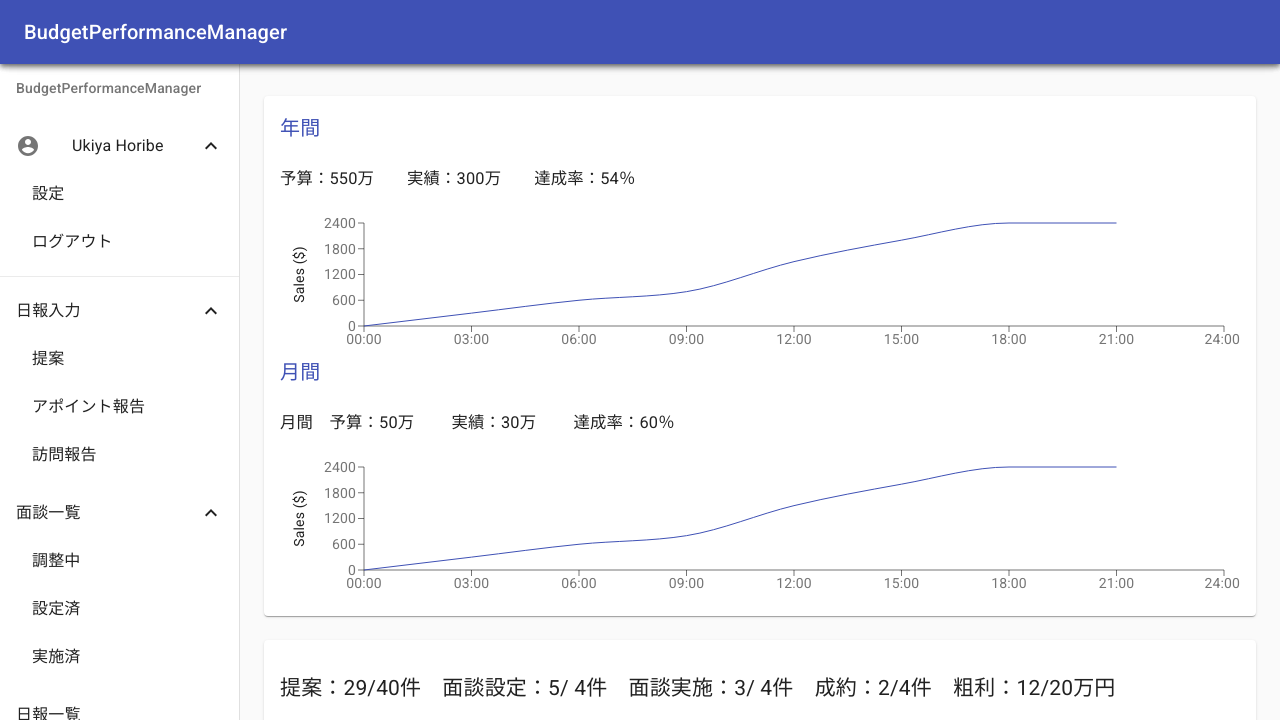
Repository: ukiyah/test
Page: / (app in src/)
An editor plug-in stored every save of this project. The page is shown before and after the next save, followed by the edit.
The browser window is 1280 px wide. The pictures show the whole page.
An inner scrolling area shows only its first screen. The project was rebuilt for these pictures with package versions that can differ from the ones it lists, and the page was loaded fresh each time. Also part of the build but not shown: src/proposal/list_proposal.js.

Above is the page before, as saved 2020-02-25 16:23:43.

### src/index.css
body {
  margin: 0;
  font-family: -apple-system, BlinkMacSystemFont, 'Segoe UI', 'Roboto', 'Oxygen',
    'Ubuntu', 'Cantarell', 'Fira Sans', 'Droid Sans', 'Helvetica Neue',
    sans-serif;
  -webkit-font-smoothing: antialiased;
  -moz-osx-font-smoothing: grayscale;
}

code {
  font-family: source-code-pro, Menlo, Monaco, Consolas, 'Courier New',
    monospace;
}

.button {
  color: #000;
}

h1 {
  text-align: center;
  color:#29B6F6;
  font-weight: normal;
}

### src/App.js
import React from 'react';
import 'typeface-roboto';
import {
  BrowserRouter,
  Route
} from "react-router-dom";
import list_proposal from "./proposal/list_proposal";
import Dashboard from "./Dashboard";


class App extends React.Component{

  render() {
    return (
      <div>

        <BrowserRouter>
          <div>
            <Route exact path="/" component={Dashboard} />
            <Route path="/list_proposal" component={list_proposal} />
          </div>
        </BrowserRouter>
        {/* <ClippedDrawer /> */}
      </div>
    );
  }

}

export default App;

### src/Dashboard.js
import React from 'react';
import clsx from 'clsx';
import { makeStyles } from '@material-ui/core/styles';
import CssBaseline from '@material-ui/core/CssBaseline';
import Box from '@material-ui/core/Box';

import Typography from '@material-ui/core/Typography';

import Container from '@material-ui/core/Container';
import Grid from '@material-ui/core/Grid';
import Paper from '@material-ui/core/Paper';
import Link from '@material-ui/core/Link';
import Chart from './Chart';
import Deposits from './Deposits';
import Orders from './Orders';
import InfoIcon from '@material-ui/icons/Info';
import WarningIcon from '@material-ui/icons/Warning';
import HelpIcon from '@material-ui/icons/Help';
import { yellow } from '@material-ui/core/colors';
import Drawer from "./Drawer";
import Table from "./proposal/Table";

function Copyright() {
  return (
    <Typography variant="body2" color="textSecondary" align="center">
      {'Copyright © '}
      <Link color="inherit" href="https://material-ui.com/">
        Your Website
      </Link>{' '}
      {new Date().getFullYear()}
      {'.'}
    </Typography>
  );
}

const drawerWidth = 240;

const useStyles = makeStyles(theme => ({
  root: {
    display: 'flex',
  },
  toolbar: {
    paddingRight: 24, // keep right padding when drawer closed
  },
  toolbarIcon: {
    display: 'flex',
    alignItems: 'center',
    justifyContent: 'flex-end',
    padding: '0 8px',
    ...theme.mixins.toolbar,
  },
  appBar: {
    zIndex: theme.zIndex.drawer + 1,
    transition: theme.transitions.create(['width', 'margin'], {
      easing: theme.transitions.easing.sharp,
      duration: theme.transitions.duration.leavingScreen,
    }),
  },
  appBarShift: {
    marginLeft: drawerWidth,
    width: `calc(100% - ${drawerWidth}px)`,
    transition: theme.transitions.create(['width', 'margin'], {
      easing: theme.transitions.easing.sharp,
      duration: theme.transitions.duration.enteringScreen,
    }),
  },
  menuButton: {
    marginRight: 36,
  },
  menuButtonHidden: {
    display: 'none',
  },
  title: {
    flexGrow: 1,
  },
  drawerPaper: {
    position: 'relative',
    whiteSpace: 'nowrap',
    width: drawerWidth,
    transition: theme.transitions.create('width', {
      easing: theme.transitions.easing.sharp,
      duration: theme.transitions.duration.enteringScreen,
    }),
  },
  drawerPaperClose: {
    overflowX: 'hidden',
    transition: theme.transitions.create('width', {
      easing: theme.transitions.easing.sharp,
      duration: theme.transitions.duration.leavingScreen,
    }),
    width: theme.spacing(7),
    [theme.breakpoints.up('sm')]: {
      width: theme.spacing(9),
    },
  },
  appBarSpacer: theme.mixins.toolbar,
  content: {
    flexGrow: 1,
    height: '100vh',
    overflow: 'auto',
  },
  container: {
    paddingTop: theme.spacing(4),
    paddingBottom: theme.spacing(4),
  },
  paper: {
    padding: theme.spacing(2),
    display: 'flex',
    overflow: 'auto',
    flexDirection: 'column',
  },
  fixedHeight: {
    height: 520,
  },
}));

export default function Dashboard() {
  const classes = useStyles();
  const [open, setOpen] = React.useState(true);
  const handleDrawerOpen = () => {
    setOpen(true);
  };
  const handleDrawerClose = () => {
    setOpen(false);
  };
  const fixedHeightPaper = clsx(classes.paper, classes.fixedHeight);

  return (
    <div className={classes.root}>
      <CssBaseline />
      <Drawer />
      <main className={classes.content}>
        <div className={classes.appBarSpacer} />
        <Container maxWidth="lg" className={classes.container}>
          <Grid container spacing={3}>

            <Grid item xs={12} >
              <Paper className={fixedHeightPaper}>

                <Chart />
              </Paper>
            </Grid>
            <Grid item xs={12} >
              <Paper className={classes.paper}>
                <h2 style={{fontWeight:"normal"}}>提案：29/40件　面談設定：5/ 4件　面談実施：3/ 4件　成約：2/4件　粗利：12/20万円</h2>
              </Paper>
            </Grid>
            <Grid item xs={3} >
              <Paper className={classes.paper}>
                <h3 style={{fontWeight:"normal"}}><InfoIcon color="secondary" fontSize="large"/>本日の日報を提出できます</h3>
              </Paper>
            </Grid>
            <Grid item xs={3} >
              <Paper className={classes.paper}>
                <h3 style={{color:"red"}}><WarningIcon style={{ color: yellow[600] }} fontSize="large"/>2月4日の日報が未提出です</h3>
              </Paper>
            </Grid>
            <Grid item xs={3} >
              <Paper className={classes.paper}>
                <h3 style={{fontWeight:"normal"}}><HelpIcon color="primary" fontSize="large" />実施後の結果が未入力です</h3><p style={{color:"#757575"}}>株式会社テクノ×パート…</p>
              </Paper>
            </Grid>
            <Grid item xs={3} >
              <Paper className={classes.paper}>
                <h3 style={{fontWeight:"normal"}}><InfoIcon color="secondary" fontSize="large"/>本日の面談</h3><p>17:30～　新宿</p>
              </Paper>
            </Grid>
            <Grid item xs={12} md={8} lg={9}>
              <Paper className={classes.paper}>
                <Orders />
              </Paper>
            </Grid>
            <Grid item xs={12} md={4} lg={3}>
              <Paper className={classes.paper}>
                <Deposits />
              </Paper>
            </Grid>
          </Grid>
          <Box pt={4}>
            <Copyright />
          </Box>
        </Container>
        <Table />
      </main>
    </div>
  );
}

### src/Drawer.js
import React from 'react';
import { makeStyles } from '@material-ui/core/styles';
import Drawer from '@material-ui/core/Drawer';
import AppBar from '@material-ui/core/AppBar';
import CssBaseline from '@material-ui/core/CssBaseline';
import Toolbar from '@material-ui/core/Toolbar';
import Typography from '@material-ui/core/Typography';
import SimpleTable from "./proposal/Table";
import NestedList from "./NestedList";
const drawerWidth = 240;

const useStyles = makeStyles(theme => ({
  root: {
    display: 'flex',
  },
  appBar: {
    zIndex: theme.zIndex.drawer + 1,
  },
  drawer: {
    width: drawerWidth,
    flexShrink: 0,
  },
  drawerPaper: {
    width: drawerWidth,
  },
  content: {
    flexGrow: 1,
    padding: theme.spacing(3),
  },
  toolbar: theme.mixins.toolbar,
}));

export default function ClippedDrawer() {
  const classes = useStyles();

  return (
    <div className={classes.root}>
      <CssBaseline />
      <AppBar position="fixed" className={classes.appBar}>
        <Toolbar>
          <Typography variant="h6" noWrap>
            BudgetPerformanceManager
          </Typography>
        </Toolbar>
      </AppBar>
      <Drawer
        className={classes.drawer}
        variant="permanent"
        classes={{
          paper: classes.drawerPaper,
        }}
      >
        <div className={classes.toolbar} />
        <NestedList />
      </Drawer>

    </div>
  );
}

### src/proposal/Table.js
import React from 'react';
import { makeStyles } from '@material-ui/core/styles';
import Table from '@material-ui/core/Table';
import TableBody from '@material-ui/core/TableBody';
import TableCell from '@material-ui/core/TableCell';
import TableContainer from '@material-ui/core/TableContainer';
import TableHead from '@material-ui/core/TableHead';
import TableRow from '@material-ui/core/TableRow';
import Paper from '@material-ui/core/Paper';
import ContainedButtons from "../Button";
import Button from '@material-ui/core/Button';
import Drawer from "../Drawer";

const useStyles = makeStyles({
  table: {
    minWidth: 650,
  },
});

function createData(name, calories, fat) {
  return { name, calories, fat};
}

const rows = [
  createData('2020/02/15', 'ABC産業', 'CCDテクノロジー'),
  createData('2020/02/15', 'ABC産業', 'CCDテクノロジー'),
  createData('2020/02/15', 'ABC産業', 'CCDテクノロジー'),
  createData('2020/02/15', 'ABC産業', 'CCDテクノロジー'),
  createData('2020/02/15', 'ABC産業', 'CCDテクノロジー'),
];

export default function SimpleTable() {
  const classes = useStyles();

  return (
    <div>
      <Drawer />
      <TableContainer component={Paper}>
        <Table className={classes.table} aria-label="simple table">
          <TableHead>
            <TableRow>
              <TableCell>日付</TableCell>
              <TableCell align="center">上位企業</TableCell>
              <TableCell align="center">下位企業</TableCell>
              <TableCell align="center">結果</TableCell>
            </TableRow>
          </TableHead>
          <TableBody>
            {rows.map(row => (
              <TableRow key={row.name}>
                <TableCell component="th" scope="row">
                  {row.name}
                </TableCell>
                <TableCell align="center">{row.calories}</TableCell>
                <TableCell align="center">{row.fat}</TableCell>

                <TableCell align="center">
                  <ContainedButtons name="成功"></ContainedButtons>
                  {/* <Button className="button" variant="contained" color="primary" variant="contained" color="primary" disableElevation>成功</Button> */}
                  <Button variant="contained" style={{marginLeft: 10}}>失敗</Button>
                </TableCell>
              </TableRow>
            ))}
          </TableBody>
        </Table>
      </TableContainer>
    </div>

  );
}

### src/Chart.js
import React from 'react';
import { useTheme } from '@material-ui/core/styles';
import { LineChart, Line, XAxis, YAxis, Label, ResponsiveContainer } from 'recharts';
import Title from './Title';

// Generate Sales Data
function createData(time, amount) {
  return { time, amount };
}

const data = [
  createData('00:00', 0),
  createData('03:00', 300),
  createData('06:00', 600),
  createData('09:00', 800),
  createData('12:00', 1500),
  createData('15:00', 2000),
  createData('18:00', 2400),
  createData('21:00', 2400),
  createData('24:00', undefined),
];

export default function Chart() {
  const theme = useTheme();

  return (
    <React.Fragment>
      <Title>年間</Title>
      <h3 style={{fontWeight:"normal"}}>予算：550万　　実績：300万　　達成率：54％</h3>
      <ResponsiveContainer>
        <LineChart
          data={data}
          margin={{
            top: 16,
            right: 16,
            bottom: 0,
            left: 24,
          }}
        >
          <XAxis dataKey="time" stroke={theme.palette.text.secondary} />
          <YAxis stroke={theme.palette.text.secondary}>
            <Label
              angle={270}
              position="left"
              style={{ textAnchor: 'middle', fill: theme.palette.text.primary }}
            >
              Sales ($)
            </Label>
          </YAxis>
          <Line type="monotone" dataKey="amount" stroke={theme.palette.primary.main} dot={false} />
        </LineChart>
      </ResponsiveContainer>
      <Title>月間</Title>
      <h3 style={{fontWeight:"normal"}}>月間　予算：50万　　  実績：30万　　  達成率：60％</h3>
      <ResponsiveContainer>
        <LineChart
          data={data}
          margin={{
            top: 16,
            right: 16,
            bottom: 0,
            left: 24,
          }}
        >
          <XAxis dataKey="time" stroke={theme.palette.text.secondary} />
          <YAxis stroke={theme.palette.text.secondary}>
            <Label
              angle={270}
              position="left"
              style={{ textAnchor: 'middle', fill: theme.palette.text.primary }}
            >
              Sales ($)
            </Label>
          </YAxis>
          <Line type="monotone" dataKey="amount" stroke={theme.palette.primary.main} dot={false} />
        </LineChart>
      </ResponsiveContainer>
    </React.Fragment>
  );
}

### src/Deposits.js
import React from 'react';
import Link from '@material-ui/core/Link';
import { makeStyles } from '@material-ui/core/styles';
import Typography from '@material-ui/core/Typography';
import Title from './Title';
import { Divider } from '@material-ui/core';

function preventDefault(event) {
  event.preventDefault();
}

const useStyles = makeStyles({
  depositContext: {
    flex: 1,
  },
});

export default function Deposits() {
  const classes = useStyles();
  return (
    <React.Fragment>
      <Title>お知らせ</Title>
      <Divider style={{marginBottom:10}}/>
      <Typography component="p" variant="p">
        ・パスワード有効期限のおしらせ
      </Typography>
      <Typography color="textSecondary" className={classes.depositContext}>
      パスワードの有効期限が残り27日で終了します<br></br>パスワードの変更を行ってください。
      </Typography>
      <div>
        <Link color="primary" href="#" onClick={preventDefault}>
          変更はこちら
        </Link>
      </div>
      <Divider style={{margin:10}}/>
      <Typography component="p" variant="p">
        ・パスワード有効期限のおしらせ
      </Typography>
      <Typography color="textSecondary" className={classes.depositContext}>
      パスワードの有効期限が残り27日で終了します<br></br>パスワードの変更を行ってください。
      </Typography>
      <div>
        <Link color="primary" href="#" onClick={preventDefault}>
          変更はこちら
        </Link>
      </div>
      <Divider style={{margin:10}}/>
      <Typography component="p" variant="p">
        ・パスワード有効期限のおしらせ
      </Typography>
      <Typography color="textSecondary" className={classes.depositContext}>
      パスワードの有効期限が残り27日で終了します<br></br>パスワードの変更を行ってください。
      </Typography>
      <div>
        <Link color="primary" href="#" onClick={preventDefault}>
          変更はこちら
        </Link>
      </div>
    </React.Fragment>
  );
}

### src/Orders.js
import React from 'react';
import Link from '@material-ui/core/Link';
import { makeStyles } from '@material-ui/core/styles';
import Table from '@material-ui/core/Table';
import TableBody from '@material-ui/core/TableBody';
import TableCell from '@material-ui/core/TableCell';
import TableHead from '@material-ui/core/TableHead';
import TableRow from '@material-ui/core/TableRow';
import Title from './Title';
import ContainedButtons from "./Button";
import Button from '@material-ui/core/Button';
// Generate Order Data
function createData(id, date, upper_company, lower_company) {
  return { id, date, upper_company, lower_company };
}

const rows = [
  createData(0, '1月31日', '株式会社ABC', '株式会社プロップス'),
  createData(1, '2月 2日', '株式会社ABC', '株式会社プロップス'),
  createData(2, '2月 4日', '株式会社ABC', '株式会社プロップス'),
  createData(3, '2月 8日', '株式会社ABC', '株式会社プロップス'),
  createData(4, '2月10日', '株式会社ABC', '株式会社プロップス'),
];

function preventDefault(event) {
  event.preventDefault();
}

const useStyles = makeStyles(theme => ({
  seeMore: {
    marginTop: theme.spacing(3),
  },
}));

export default function Orders() {
  const classes = useStyles();
  return (
    <div>
      <React.Fragment>
      <Title>進行中の面談</Title>
      <Table size="small">
        <TableHead>
          <TableRow>
            <TableCell><h3 style={{fontWeight:"normal", color:"#2196F3"}}>面談調整</h3></TableCell>
            <TableCell></TableCell>
            <TableCell></TableCell>
            <TableCell></TableCell>
          </TableRow>
        </TableHead>
        <TableBody>
          {rows.map(row => (
            <TableRow key={row.id}>
              <TableCell>{row.date} 登録</TableCell>
              <TableCell>{row.upper_company}</TableCell>
              <TableCell>{row.lower_company}</TableCell>
              <TableCell><ContainedButtons name="結果入力"></ContainedButtons></TableCell>
            </TableRow>
          ))}
        </TableBody>
      </Table>
      {/* <div className={classes.seeMore}>
        <Link color="primary" href="#" onClick={preventDefault}>
          See more orders
        </Link>
      </div> */}
    </React.Fragment>
    <React.Fragment>
    <Table size="small">
      <TableHead>
        <TableRow>
          <TableCell><h3 style={{fontWeight:"normal", color:"#2196F3"}}>面談設定</h3></TableCell>
          <TableCell></TableCell>
          <TableCell></TableCell>
          <TableCell></TableCell>
        </TableRow>
      </TableHead>
      <TableBody>
        {rows.map(row => (
          <TableRow key={row.id}>
            <TableCell>{row.date} 面談</TableCell>
            <TableCell>{row.upper_company}</TableCell>
            <TableCell>{row.lower_company}</TableCell>
            <TableCell><ContainedButtons name="結果入力"></ContainedButtons></TableCell>
          </TableRow>
        ))}
      </TableBody>
    </Table>
    </React.Fragment>
    <React.Fragment>
    <Table size="small">
      <TableHead>
        <TableRow>
          <TableCell><h3 style={{fontWeight:"normal", color:"#2196F3"}}>面談実施</h3></TableCell>
          <TableCell></TableCell>
          <TableCell></TableCell>
          <TableCell></TableCell>
        </TableRow>
      </TableHead>
      <TableBody>
        {rows.map(row => (
          <TableRow key={row.id}>
            <TableCell>{row.date} 実施</TableCell>
            <TableCell>{row.upper_company}</TableCell>
            <TableCell>{row.lower_company}</TableCell>
            <TableCell><ContainedButtons name="結果入力"></ContainedButtons></TableCell>
          </TableRow>
        ))}
      </TableBody>
    </Table>
  </React.Fragment>
    </div>

  );
}

### src/NestedList.js
import React from 'react';
import { makeStyles } from '@material-ui/core/styles';
import ListSubheader from '@material-ui/core/ListSubheader';
import List from '@material-ui/core/List';
import ListItem from '@material-ui/core/ListItem';
import ListItemIcon from '@material-ui/core/ListItemIcon';
import ListItemText from '@material-ui/core/ListItemText';
import Collapse from '@material-ui/core/Collapse';
import InboxIcon from '@material-ui/icons/MoveToInbox';
import DraftsIcon from '@material-ui/icons/Drafts';
import SendIcon from '@material-ui/icons/Send';
import ExpandLess from '@material-ui/icons/ExpandLess';
import ExpandMore from '@material-ui/icons/ExpandMore';
import StarBorder from '@material-ui/icons/StarBorder';
import AccountCircle from '@material-ui/icons/AccountCircle';
import Divider from '@material-ui/core/Divider';
import Link from '@material-ui/core/Link';
const useStyles = makeStyles(theme => ({
  root: {
    width: '100%',
    maxWidth: 360,
    backgroundColor: theme.palette.background.paper,
  },
  nested: {
    paddingLeft: theme.spacing(4),
  },
}));

export default function NestedList() {
  const classes = useStyles();
  const [open1, setOpen1] = React.useState(true);
  const [open2, setOpen2] = React.useState(true);
  const [open3, setOpen3] = React.useState(true);
  const [open4, setOpen4] = React.useState(true);

  const handleClick1 = () => {
    setOpen1(!open1);
  };
  const handleClick2 = () => {
    setOpen2(!open2);
  };
  const handleClick3 = () => {
    setOpen3(!open3);
  };
  const handleClick4 = () => {
    setOpen4(!open4);
  };
  return (
    <List
      component="nav"
      aria-labelledby="nested-list-subheader"
      subheader={
        <ListSubheader component="div" id="nested-list-subheader">
          BudgetPerformanceManager
        </ListSubheader>
      }
      className={classes.root}
    >
    <div style={{marginTop: 10, marginBottom: 10}}>
      <ListItem button onClick={handleClick1}>
        <ListItemIcon>
          <AccountCircle />
        </ListItemIcon>
        <ListItemText primary="Ukiya Horibe" />
        {open1 ? <ExpandLess /> : <ExpandMore />}
      </ListItem>
      <Collapse in={open1} timeout="auto" unmountOnExit>
        <List component="div" disablePadding>
          <ListItem button className={classes.nested}>
            {/* <ListItemIcon>
              <StarBorder />
            </ListItemIcon> */}
            <ListItemText primary="設定" />
          </ListItem>
          <ListItem button className={classes.nested}>
            <ListItemText primary="ログアウト" />
          </ListItem>
        </List>
      </Collapse>
    </div>
    <Divider light/>
    <div style={{marginTop: 10}}>
      <ListItem button onClick={handleClick2}>
        <ListItemText primary="日報入力" />
        {open2 ? <ExpandLess /> : <ExpandMore />}
      </ListItem>
      <Collapse in={open2} timeout="auto" unmountOnExit>
        <List component="div" disablePadding>
          <ListItem button className={classes.nested}>
            <ListItemText primary="提案" />
          </ListItem>
          <ListItem button className={classes.nested}>
            <ListItemText primary="アポイント報告" />
          </ListItem>
          <ListItem button className={classes.nested}>
            <ListItemText primary="訪問報告" />
          </ListItem>
        </List>
      </Collapse>
    </div>
    <div style={{marginTop: 10}}>
      <ListItem button onClick={handleClick3}>
        <ListItemText primary="面談一覧" />
        {open3 ? <ExpandLess /> : <ExpandMore />}
      </ListItem>
      <Collapse in={open3} timeout="auto" unmountOnExit>
        <List component="div" disablePadding>
          <ListItem button className={classes.nested}>
            <ListItemText primary="調整中" />
          </ListItem>
          <ListItem button className={classes.nested}>
            <ListItemText primary="設定済" />
          </ListItem>
          <ListItem button className={classes.nested}>
            <ListItemText primary="実施済" />
          </ListItem>
        </List>
      </Collapse>
    </div>
    <div style={{marginTop: 10}}>
      <ListItem button>
        <ListItemText primary="日報一覧" />
      </ListItem>
    </div>
    <div style={{marginTop: 10}}>
      <ListItem button onClick={handleClick4}>
        <ListItemText primary="その他の一覧" />

        {open4 ? <ExpandLess /> : <ExpandMore />}
      </ListItem>
      <Collapse in={open4} timeout="auto" unmountOnExit>
        <List component="div" disablePadding>
          <ListItem button className={classes.nested}>
          <Link href="/list_proposal" >
            <ListItemText primary="提案" />
          </Link>

          </ListItem>
          <ListItem button className={classes.nested}>
            <ListItemText primary="成約" />
          </ListItem>
          <ListItem button className={classes.nested}>
            <ListItemText primary="架電報告" />
          </ListItem>
        </List>
      </Collapse>
    </div>
    </List>
  );
}

### src/Button.js
import React from 'react';
import { makeStyles } from '@material-ui/core/styles';
import Button from '@material-ui/core/Button';

const useStyles = makeStyles(theme => ({
  root: {
    '& > *': {
      marginLeft: 5 ,

    },
  },
}));
//いろんなボタンが用意されてるけど1つのボタンだけ使う。
export default function ContainedButtons(props) {
  const classes = useStyles();

  return (
    // <div className={classes.root}>
    //   {/* <Button variant="contained">Default</Button>
    //   <Button variant="contained" color="primary">
    //     Primary
    //   </Button>
    //   <Button variant="contained" color="secondary">
    //     Secondary
    //   </Button>
    //   <Button variant="contained" disabled>
    //     Disabled
    //   </Button> */}
      <Button variant="contained" color="primary" href="#contained-buttons">
        {props.name}
      </Button>
    // </div>
  );
}

### src/Title.js
import React from 'react';
import PropTypes from 'prop-types';
import Typography from '@material-ui/core/Typography';

export default function Title(props) {
  return (
    <Typography component="h2" variant="h6" color="primary" gutterBottom>
      {props.children}
    </Typography>
  );
}

Title.propTypes = {
  children: PropTypes.node,
};

Loaded but not shown: src/index.js (common file); src/serviceWorker.js (common file)

After the next save:
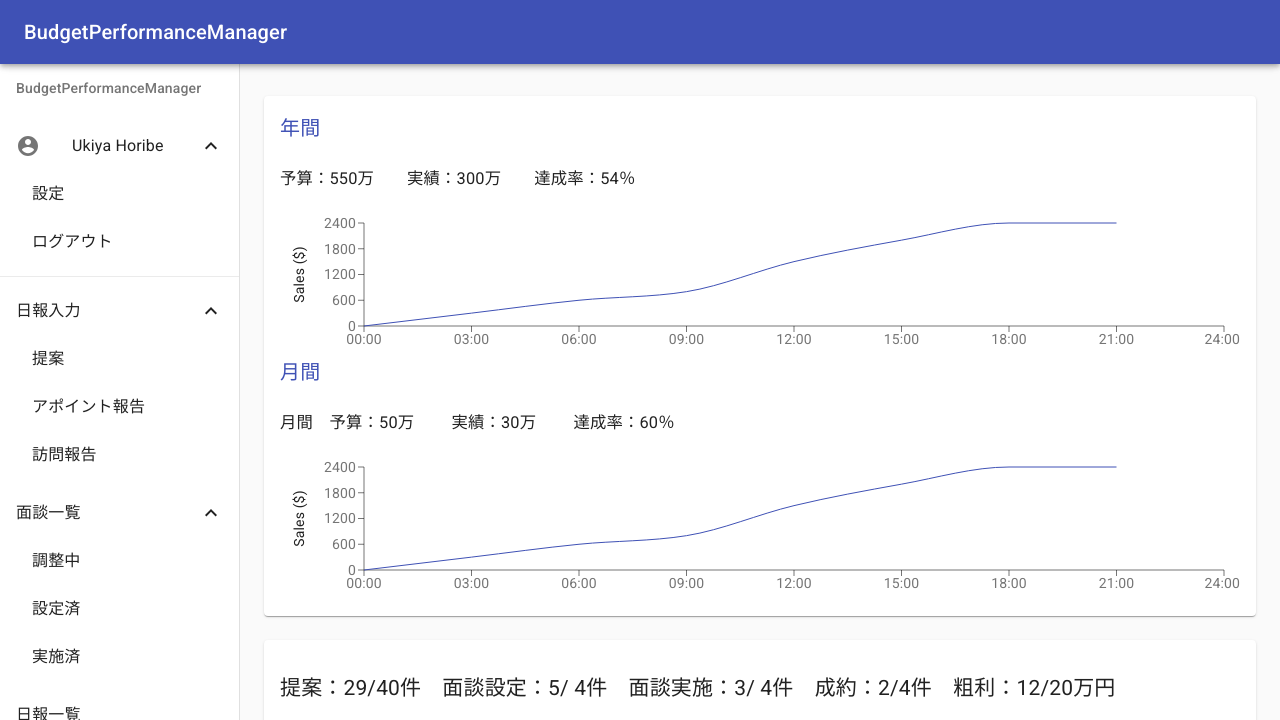
Saved 39 s later.
--- a/src/Dashboard.js
+++ b/src/Dashboard.js
@@ -180,7 +180,6 @@ export default function Dashboard() {
             <Copyright />
           </Box>
         </Container>
-        <Table />
       </main>
     </div>
   );
